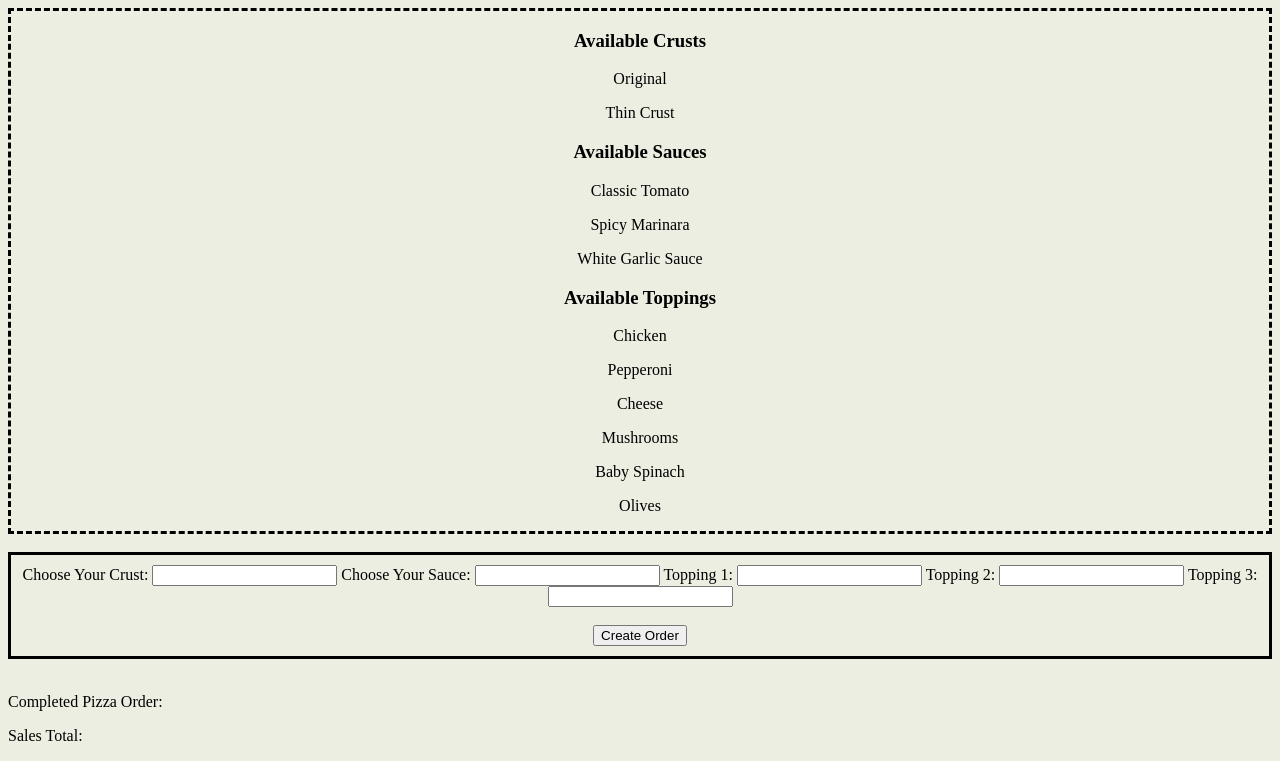
Repository: EmmanuelMefor/Pizza-order
Page: index.html
These files come from the project's save history. The page is drawn as it stood at one moment and after the next save; the edit follows.
The browser window is 1280 px wide. The pictures show the whole page.
Some web fonts or font styles are not loaded; a fallback is used.

Above is the page before, as saved 2024-01-05 20:07:44.
Console error: ReferenceError: Btn is not defined

After the next save:
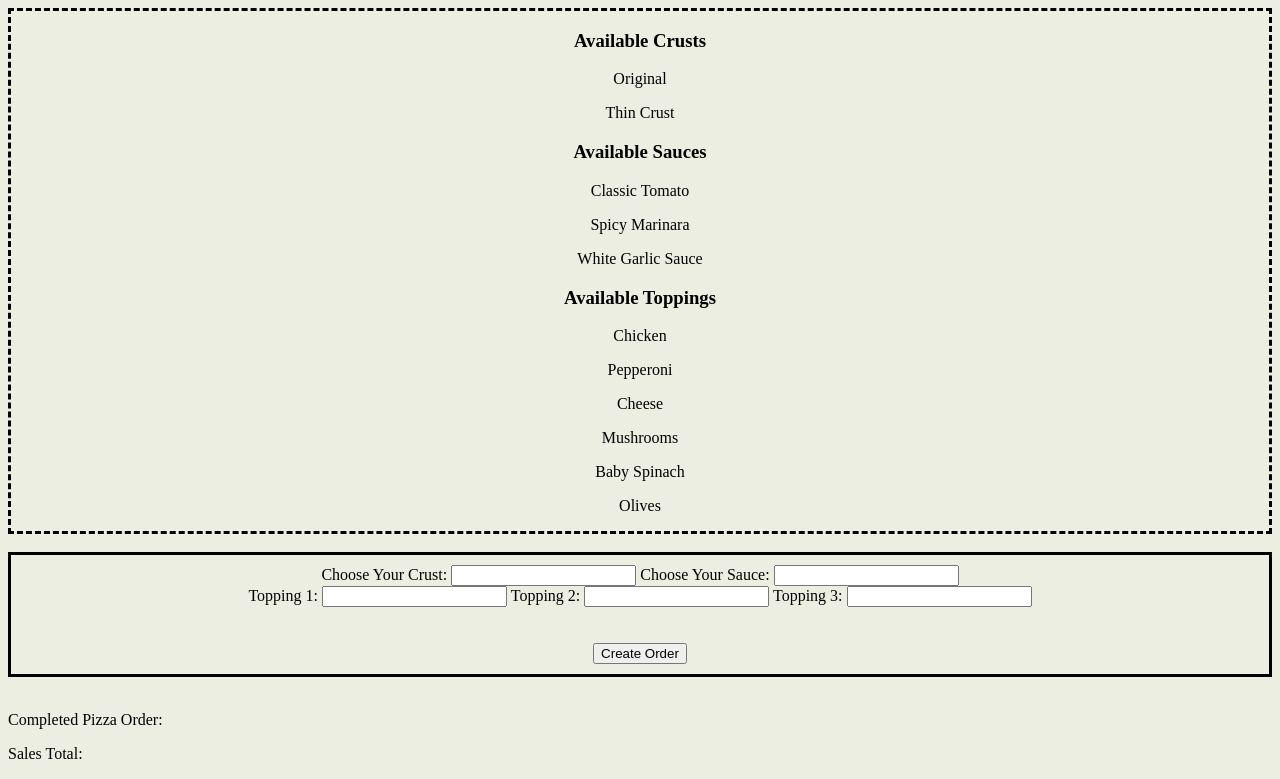
Saved 14 min 39 s later.
--- a/index.html
+++ b/index.html
@@ -35,23 +35,27 @@
 
     </br>
 
-        <div class="form">
-            <form>
-                <label for="crust">Choose Your Crust:</label>
-                <input type="text" id="crust" />
-                <label for="sauce">Choose Your Sauce:</label>
-                <input type="text" id="sauce" />
-                <label for="Topping 1">Topping 1:</label>
-                <input type="text" id="Topping 1">
-                <label for="Topping 2">Topping 2:</label>
-                <input type="text" id="t2">
-                <label for="Topping 3">Topping 3:</label>
-                <input type="text" id="t3"> <br>
-                <br>
-                <button type="submit" id="btn">Create Order</button>
-
-            </form>
-            </div>
+    <div class="form">
+        <form>
+          <div class="stacked-fields">
+            <label for="crust">Choose Your Crust:</label>
+            <input type="text" id="crust" />
+            <label for="sauce">Choose Your Sauce:</label>
+            <input type="text" id="sauce" />
+          </div>
+          <div class="inline-fields">
+            <label for="Topping1">Topping 1:</label>
+            <input type="text" id="Topping1">
+            <label for="Topping2">Topping 2:</label>
+            <input type="text" id="Topping2">
+            <label for="Topping3">Topping 3:</label>
+            <input type="text" id="Topping3">
+          </div>
+          <br />
+          <br />
+          <button type="submit" id="btn">Create Order</button>
+        </form>
+      </div>
 
         </br>
 
